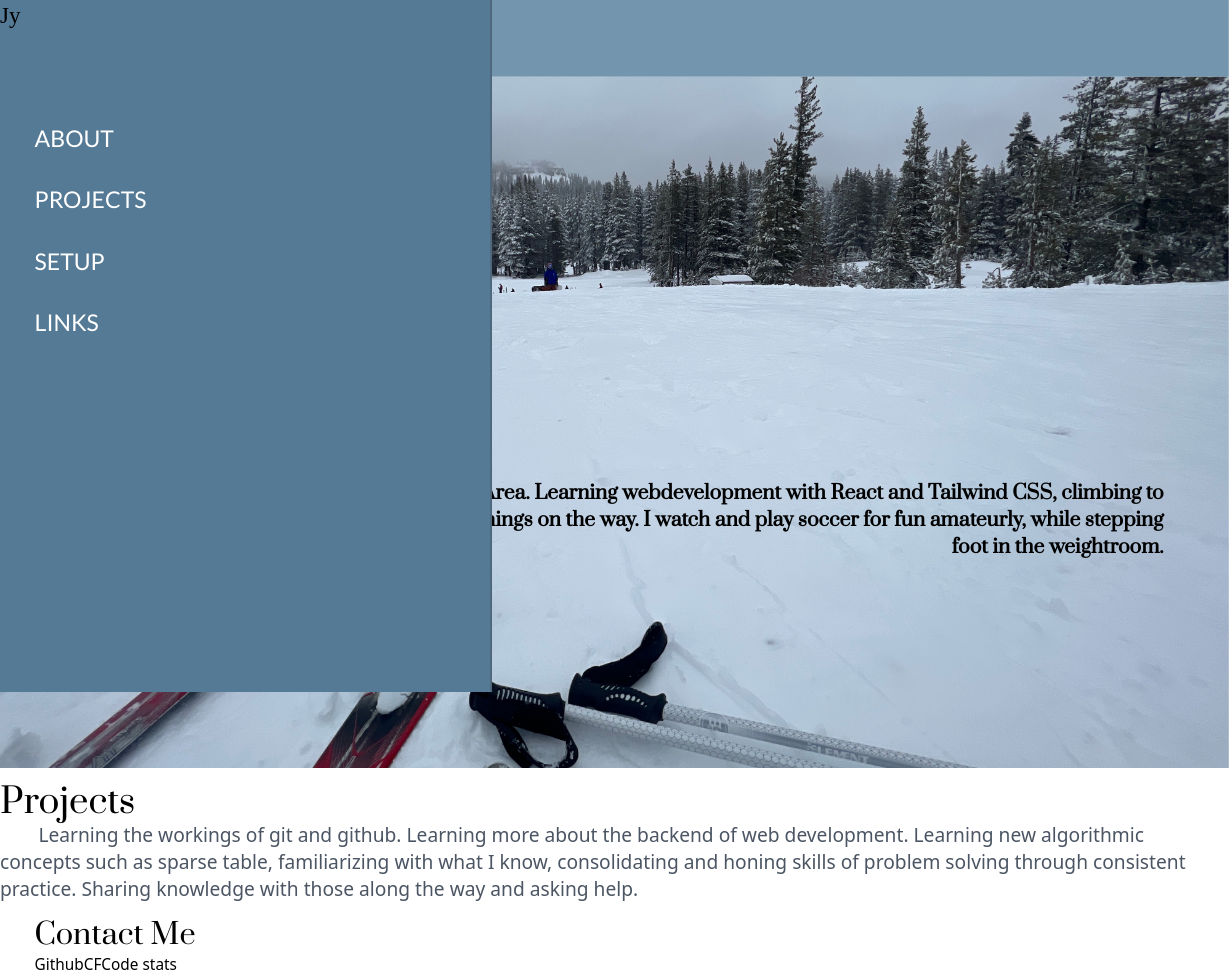
Repository: joshuayanggithub/joshua-yang-website
Page: /
The author's editor kept a copy of each file at every save. The page is drawn from the files as they stood at one save, then again after a run of saves.
The browser window is 1280 px wide. The pictures show the whole page, at 96% of full size.
Some web fonts or font styles are not loaded; a fallback is used. The project was rebuilt for these pictures with package versions that can differ from the ones it lists, and the page was loaded fresh each time.

Above is the page before, as saved 2023-01-08 02:17:34.

After the next 2 saves:
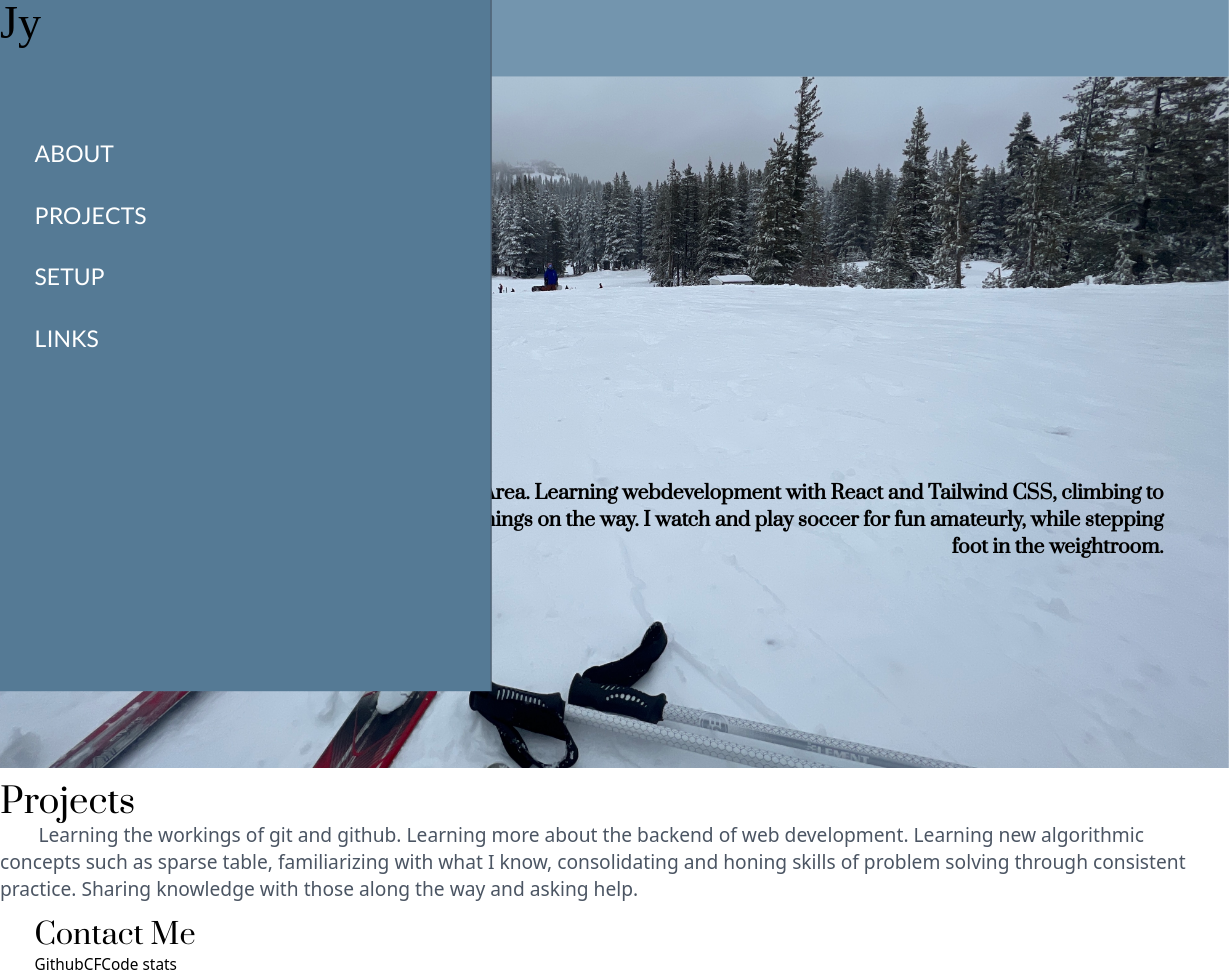
The 2 saves are shown as one change because they came seconds apart.
The last was saved 15 s later.
--- a/src/components/NavBar.jsx
+++ b/src/components/NavBar.jsx
@@ -30,7 +30,7 @@ const NavBar = () => {
       </div>
 
       <div class="fixed left-0 top-0 w-[40%] h-full border-r border-r-gray-600 bg-sasnavyblue">
-        <h1 class="font-cursive text-2xl">Jy</h1>
+        <h1 class="font-cursive text-5xl">Jy</h1>
         <ul class="pt-20">
             {
               links.map((link) =>
